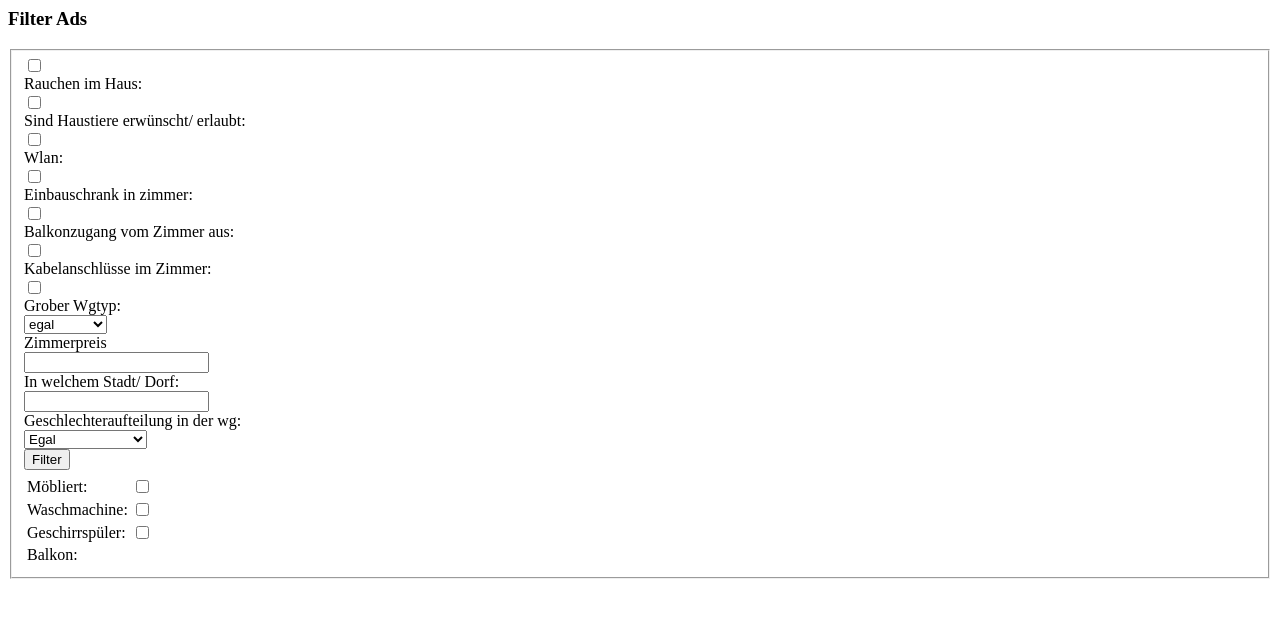
Repository: ese-unibe-ch/ese2014-team2
Page: http://localhost/Skeleton/pages/template/filter.jsp
These files come from the project's save history. The page is drawn as it stood at one moment and after the next save; the edit follows.
The browser window is 1280 px wide. The pictures show the whole page.
The page is served by Tomcat 9. Nobody is signed in. The application's start-up code is not run. The template is opened directly, without the code that normally fills it, so the values that code supplies are empty.

Above is the page before, as saved 2014-10-30 16:36:28.

After the next save:
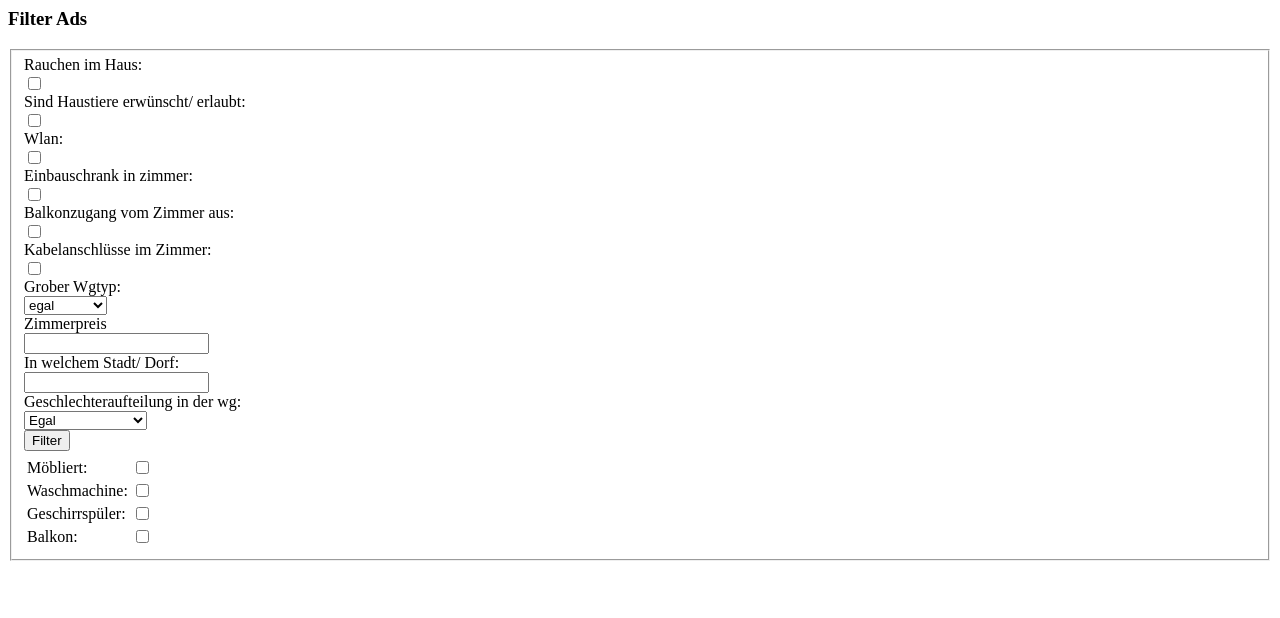
Saved 9 s later.
--- a/Skeleton/src/main/webapp/pages/template/filter.jsp
+++ b/Skeleton/src/main/webapp/pages/template/filter.jsp
@@ -54,7 +54,11 @@
 					<td>
 						<label class="control-label" for="field-Balcony">Balkon:</label>
 					</td>
-					<td></td>
+					<td>
+						<div class="controls">
+							<form:checkbox	path="hasBalcony" id="field-Balcony" tabindex="4" />
+						</div>
+					</td>
 				</tr>
 
 
@@ -64,9 +68,7 @@
 
 
 
-						<div class="controls">
-						<form:checkbox	path="hasBalcony" id="field-Balcony" tabindex="4" />
-						</div>
+
 
 
 
